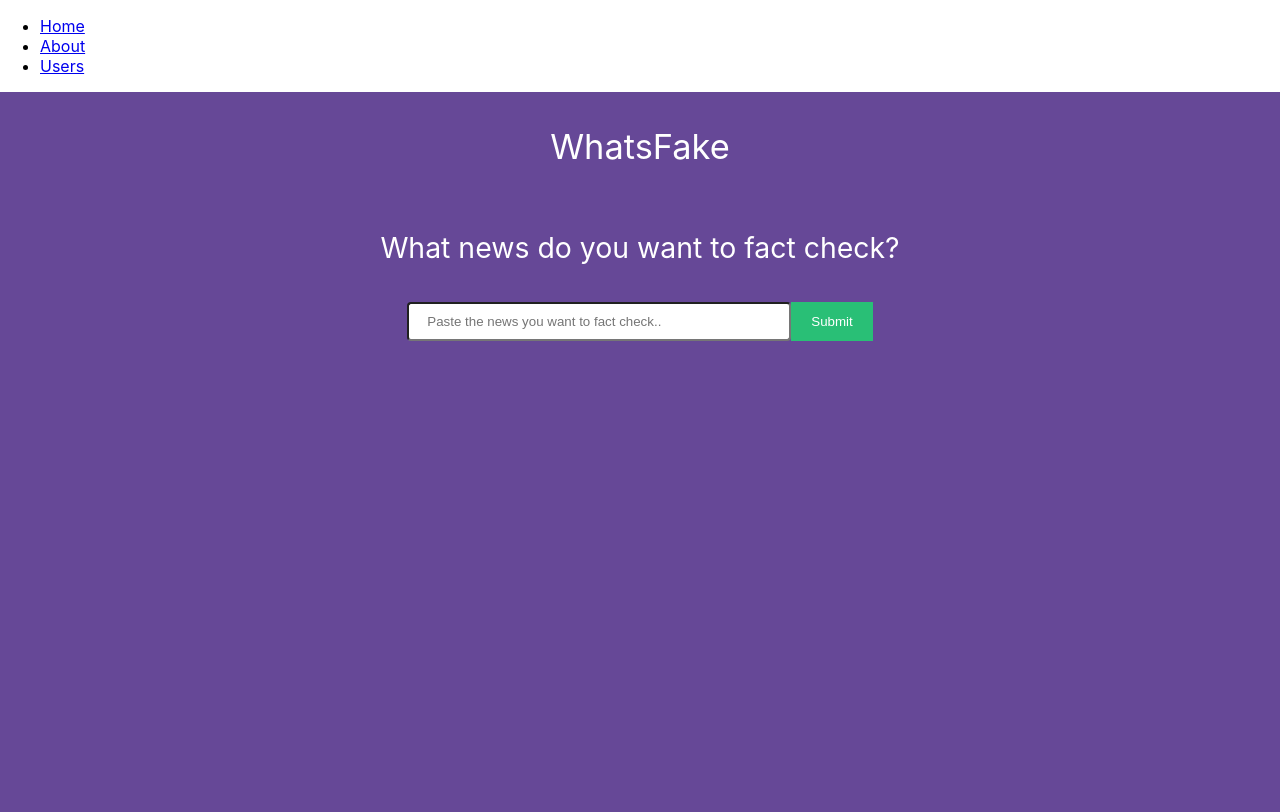
Repository: alkalox/FakeNews
Page: /
The author's editor kept a copy of each file at every save. The page is drawn from the files as they stood at one save, then again after the next save.
The browser window is 1280 px wide. The pictures show the whole page.
The project was rebuilt for these pictures with package versions that can differ from the ones it lists, and the page was loaded fresh each time.

Above is the page before, as saved 2019-04-23 18:45:56.

After the next save:
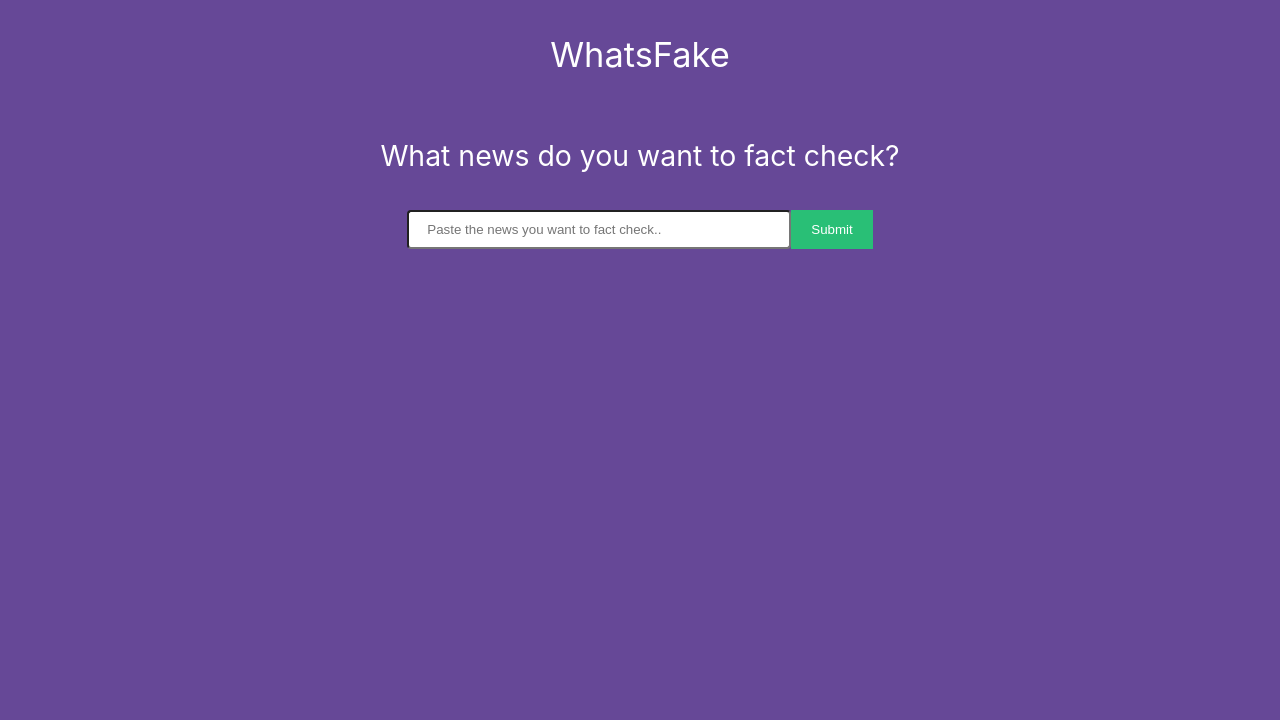
Saved 49 min 23 s later.
--- a/src/App.js
+++ b/src/App.js
@@ -2,34 +2,10 @@
 import { BrowserRouter as Router, Route, Link } from "react-router-dom";
 import './App.css';
 
-class App extends Component {
-  render () {
-    return (    <Router>
-      <div>
-        <nav>
-          <ul>
-            <li>
-              <Link to="/">Home</Link>
-            </li>
-            <li>
-              <Link to="/about/">About</Link>
-            </li>
-            <li>
-              <Link to="/users/">Users</Link>
-            </li>
-          </ul>
-        </nav>
-
-        <Route path="/" exact component={Home} />
-
-      </div>
-    </Router>)
-  }
-}
 
 
 
-class Home extends Component {
+class App extends Component {
   constructor(props) {
     super(props);
     this.state = {

After the save that followed:
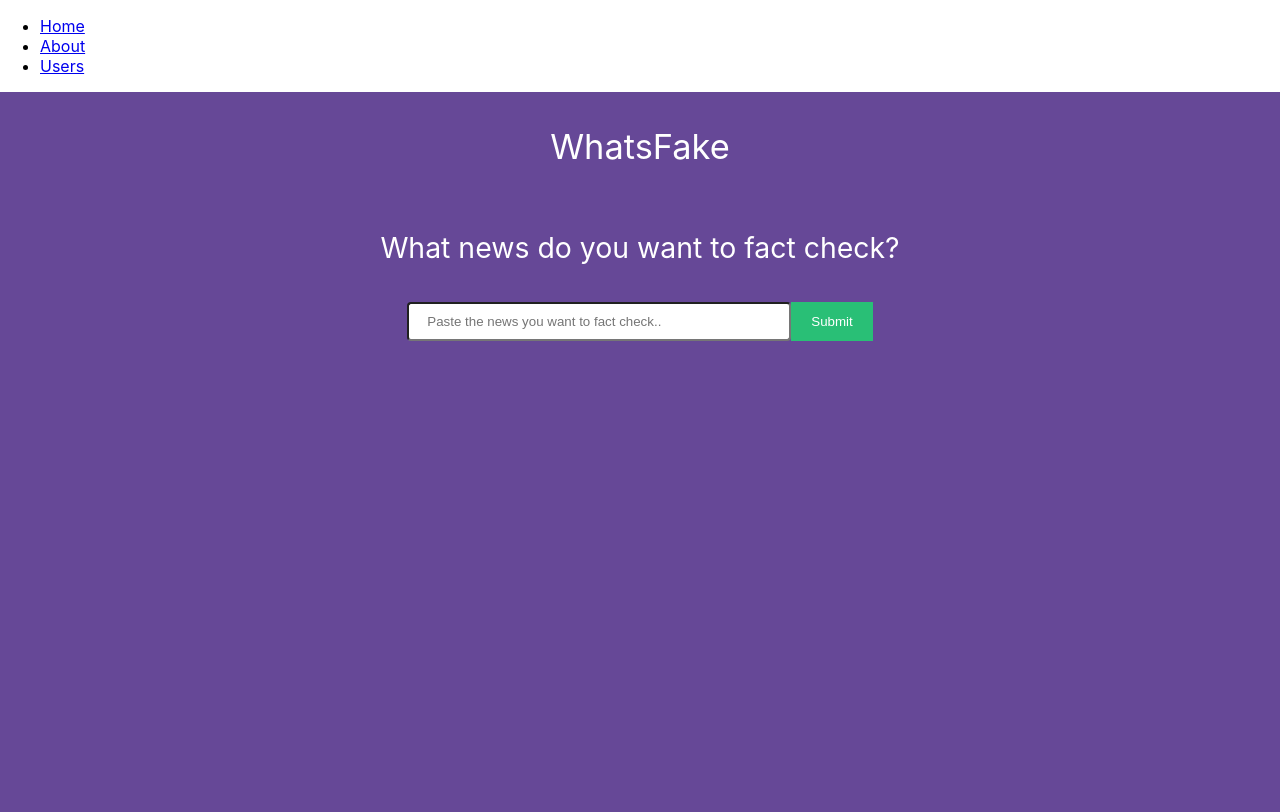
Saved 68 s later.
--- a/src/App.js
+++ b/src/App.js
@@ -2,10 +2,34 @@
 import { BrowserRouter as Router, Route, Link } from "react-router-dom";
 import './App.css';
 
+class App extends Component {
+  render () {
+    return (    <Router>
+      <div>
+        <nav>
+          <ul>
+            <li>
+              <Link to="/">Home</Link>
+            </li>
+            <li>
+              <Link to="/about/">About</Link>
+            </li>
+            <li>
+              <Link to="/users/">Users</Link>
+            </li>
+          </ul>
+        </nav>
+
+        <Route path="/" exact component={Home} />
+
+      </div>
+    </Router>)
+  }
+}
 
 
 
-class App extends Component {
+class Home extends Component {
   constructor(props) {
     super(props);
     this.state = {
